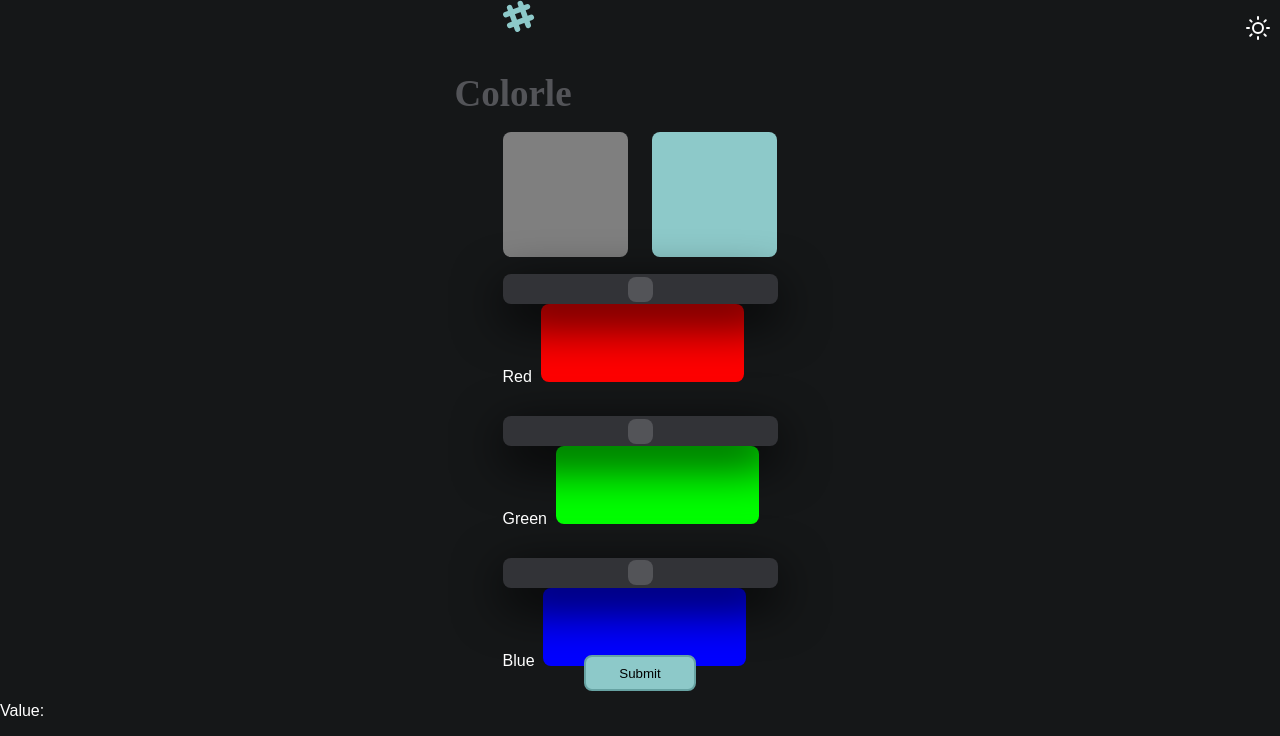
Repository: Artem-Melnik/Colorle
Page: index.html
These files come from the project's save history. The page is drawn as it stood at one moment and after a run of saves; the edit follows.
The browser window is 1280 px wide. The pictures show the whole page.

Above is the page before, as saved 2022-05-14 21:41:54.

### index.html
<!-- TODO: Change text/icon color -->
<!-- TODO: Represent guess correctness using Linear-style icons -->
<!-- TODO: Replace Colorle text logo with SVG/image due to font problems -->
<!-- TODO: Add textboxes where player can enter exact RGB values -->
<!DOCTYPE html>
<html>
  <head>
    <title>Parcel Sandbox</title>
    <link rel="stylesheet" href="styles.css">
    <meta charset="UTF-8" />
    <meta name="viewport" content="width=device-width" />
  </head>

  <script
    src="https://ajax.googleapis.com/ajax/libs/jquery/3.6.0/jquery.min.js"
    type="text/javascript"
  ></script>
  <script
    src="https://ajax.googleapis.com/ajax/libs/jqueryui/1.13.1/jquery-ui.min.js"
    type="text/javascript"
  ></script>
  <!-- Host feather icons locally and remove CDN? -->
  <script src="https://unpkg.com/feather-icons"></script>
  <script>
      feather.replace();
    </script>
  <script type="module" src="index.js" type="text/javascript"></script>

  <body>
    <div id="app"></div>
    <div class="topBar">
      <div id="header">
        <img id="logo" src="assets/logo.svg">
        <p id="title">Colorle</p>
      </div>
      <p>
        <button type="button" id="themeToggle">
          <img src="assets/sun-icon.svg">
          <!-- <i id="themeIcon" data-feather="sun"></i> -->
        </button>
      </p>
    </div>

    <div id="topColors">
      <div id="previewAll"></div>
      <div id="correctColor"></div>
    </div>
    <div id="redContainer">
      <input
        type="range"
        min="0"
        max="255"
        value="128"
        class="slider"
        id="sliderRed"
      />
      <p class="currentColor" id="currentRed">Red</p>
      <p class="rating" id="ratingRed"></p>
      <div id="previewRed"></div>
    </div>
    <div id="greenContainer">
      <input
        type="range"
        min="0"
        max="255"
        value="128"
        class="slider"
        id="sliderGreen"
      />
      <p class="currentColor" id="currentGreen">Green</p>
      <p class="rating" id="ratingGreen"></p>
      <div id="previewGreen"></div>
    </div>
    <div id="blueContainer">
      <input
        type="range"
        min="0"
        max="255"
        value="128"
        class="slider"
        id="sliderBlue"
      />
      <p class="currentColor" id="currentBlue">Blue</p>
      <p class="rating" id="ratingBlue"></p>
      <div id="previewBlue"></div>
    </div>
    <div class="guessText">
      <p>Value: <span id="guessColor"></span></p>
    </div>
    <div class="buttonContainer">
      <button type="button" id="submitButton">Submit</button>
    </div>
  </body>
</html>

### styles.css
body {
  font-family: sans-serif;
  margin: 0;
  background: #151718;
  color: #ffffff;
}

.lightTheme {
  background: #ffffff;
  color: #151718;
}

/* Changes the correctColor gradient to dark/black */
/* .correctColorDark {
  background-image: linear-gradient(
    to bottom,
    rgba(0, 0, 0, 0),
    rgba(0, 0, 0, 1) 100%
  ) !important;
} */

#header {
  display: block;
  position: relative;
  margin-left: auto;
  margin-right: auto;
  margin-bottom: 7%;
  width: 275px;
  height: 42px;
}

#logo {
  display: inline-block;
  position: relative;
  justify-content: center;
  align-items: center;
  margin: auto;
  width: 32px;
  height: 32px;
}

#title {
  justify-content: center;
  font-family: "Asap";
  font-style: normal;
  font-weight: 700;
  font-size: 37px;
  line-height: 42px;
  display: flex;
  align-items: center;
  text-align: center;
  color: #535458;
  /* margin: 0px; */
  width: 21px;
}

#themeToggle {
  width: 25px;
  height: 25px;
  position: absolute;
  right: 15px;
  top: 15px;
  color: grey;
  background: none;
  border: none;
  transform: scale(1);
  transition: all 0.5s;
}

#themeToggle:hover {
  transform: scale(1.2);
}

#themeIcon {
  color: grey;
  width: 25px;
  height: 25px;
  transform: scale(1);
  transition: all 0.5s;
}

#themeIcon.animate {
  color: grey;
  transform: scale(0);
}

.transform-active {
  /* background-color: blue;
  animation-name: darkToLight;
  animation-duration: 1s; */
  color: #151718;
}

.transform {
  -webkit-transition: all 2s ease;
  -moz-transition: all 2s ease;
  -o-transition: all 2s ease;
  -ms-transition: all 2s ease;
  transition: all 2s ease;
}

/* @keyframes darkTolight {
  0% {
    color: #ffffff;
  }
  100% {
    color: #151718;
  }
} */

/* #previewId {
  width: 100px;
  height: 100px;
  background-color: var(color);
  border: solid black;
} */

/* correctColor gradient */
/* #correctColor {
  position: absolute;
  top: 0px;
  width: 100%;
  height: 25%;
  background-color: var(color);
  margin: auto;
  background-image: linear-gradient(
    to bottom,
    rgba(255, 255, 255, 0),
    rgba(255, 255, 255, 1) 100%
  );
  z-index: -1;
} */

#topColors {
  width: 275px;
  margin: auto;
}

#correctColor {
  display: inline-block;
  position: relative;
  width: 125px;
  height: 125px;
  border-radius: 8px;
  margin-left: 10px;
}

#previewAll {
  background-color: rgb(127, 127, 127);
  display: inline-block;
  position: relative;
  width: 125px;
  height: 125px;
  border-radius: 8px;
  order: 1;
  margin-right: 10px;
}

#redContainer,
#greenContainer,
#blueContainer {
  display: auto;
  justify-content: center;
  margin: auto;
  width: 275px;
}

#sliderRed,
#sliderGreen,
#sliderBlue {
  display: block;
  -webkit-appearance: none;
  -moz-appearance: none;
  appearance: none;
  background: #323337;
  width: 275px;
  height: 30px;
  top: 100px;
  border-radius: 8px;
  margin: auto;
  margin-top: 5%;
  filter: drop-shadow(0px 15px 25px #000000);
}

#sliderRed::-webkit-slider-thumb,
#sliderGreen::-webkit-slider-thumb,
#sliderBlue::-webkit-slider-thumb {
  -webkit-appearance: none;
  appearance: none;
  width: 25px;
  height: 25px;
  background: #535458;
  cursor: pointer;
  border-radius: 8px;
}

#currentRed,
#currentGreen,
#currentBlue,
#ratingRed,
#ratingGreen,
#ratingBlue {
  display: inline-block;
  position: relative;
}

#previewRed,
#previewGreen,
#previewBlue {
  display: inline-block;
  position: relative;
  width: 203px;
  height: 78px;
  /* background-color: var(color); */
  /* border: solid black; */
  border-radius: 8px;
  margin: auto;
  z-index: -1;
}

#previewRed {
  background-color: rgb(255, 0, 0);
}

#previewGreen {
  background-color: rgb(0, 255, 0);
}

#previewBlue {
  background-color: rgb(0, 0, 255);
}

.buttonContainer {
  display: flex;
  justify-content: center;
}

#submitButton {
  position: fixed;
  width: 112px;
  height: 36px;
  bottom: 4%;
  border: 2px solid;
  border-radius: 8px;
  transition: all 0.3s ease 0s;
}

#submitButton:hover {
  position: fixed;
  width: 112px;
  height: 36px;
  bottom: 4%;
  border: 2px solid;
  border-radius: 8px;
  filter: drop-shadow(0px 10px 15px #8dc9c980);
  transform: translateY(-5px);
}

#submitButton:active {
  position: fixed;
  width: 112px;
  height: 36px;
  bottom: 4%;
  border: 2px solid;
  border-radius: 8px;
  filter: drop-shadow(0px 10px 15px #8dc9c980);
  transform: translateY(-1px);
}

### index.js
// document.getElementById("sliderRange").innerHTML = `
// <div class="slidercontainer"></div>
// `;
// var root = document.querySelector(":root");
// var slider = document.getElementById("sliderRange");
// // Change "demo" to something else?
// var sliderRange = document.getElementById("demo");
// sliderRange.innerHTML = slider.value;
let correctRed = 141;
let correctGreen = 201;
let correctBlue = 201;

let red;
let green;
let blue;
// TODO: Split correctRGB into 3 seperate colors
let correctRgb =
  "rgb(" + correctRed + ", " + correctGreen + ", " + correctBlue + ")";

function changeColor() {
  red = document.getElementById("sliderRed").value;
  green = document.getElementById("sliderGreen").value;
  blue = document.getElementById("sliderBlue").value;

  document.getElementById("previewRed").style.backgroundColor =
    "rgb(" + red + ", 0, 0)";
  document.getElementById("previewGreen").style.backgroundColor =
    "rgb(0," + green + ", 0)";
  document.getElementById("previewBlue").style.backgroundColor =
    "rgb(0, 0," + blue + ")";

  document.getElementById("currentRed").textContent = red;
  document.getElementById("currentGreen").textContent = green;
  document.getElementById("currentBlue").textContent = blue;
}

// Shows guess color when submit button is clicked
// Also checks how close the guess is to the correct color
function onSubmit() {
  document.getElementById("previewAll").style.backgroundColor =
    "rgb(" + red + ", " + green + ", " + blue + ")";
  document.getElementById("guessColor").textContent =
    "rgb(" + red + ", " + green + ", " + blue + ")";

  // TODO: Optimize code for red, green, and blue checks
  // Check if red guess is correct
if (red == correctRed) {
  document.getElementById('ratingRed').innerText = "SS";
} else if ((red > correctRed - 6) && (red < correctRed + 6)) {
  document.getElementById('ratingRed').innerText = "S";
} else if ((red > correctRed - 12) && (red < correctRed + 12)) {
  document.getElementById('ratingRed').innerText = "A";
} else if ((red > correctRed - 24) && (red < correctRed + 24)) {
  document.getElementById('ratingRed').innerText = "B";
} else if ((red > correctRed - 48) && (red < correctRed + 48)) {
  document.getElementById('ratingRed').innerText = "C";
} else {
  document.getElementById('ratingRed').innerText = "D";
}

  // Does same thing as red check but for green
if (green == correctGreen) {
  document.getElementById('ratingGreen').innerText = "SS";
} else if ((green > correctGreen - 6) && (green < correctGreen + 6)) {
  document.getElementById('ratingGreen').innerText = "S";
} else if ((green > correctGreen - 12) && (green < correctGreen + 12)) {
  document.getElementById('ratingGreen').innerText = "A";
} else if ((green > correctGreen - 24) && (green < correctGreen + 24)) {
  document.getElementById('ratingGreen').innerText = "B";
} else if ((green > correctGreen - 48) && (green < correctGreen + 48)) {
  document.getElementById('ratingGreen').innerText = "C";
} else {
  document.getElementById('ratingGreen').innerText = "D";
}

  // Does same thing as red check but for blue
if (blue == correctBlue) {
  document.getElementById('ratingBlue').innerText = "SS";
} else if ((blue > correctBlue - 6) && (blue < correctBlue + 6)) {
  document.getElementById('ratingBlue').innerText = "S";
} else if ((blue > correctBlue - 12) && (blue < correctBlue + 12)) {
  document.getElementById('ratingBlue').innerText = "A";
} else if ((blue > correctBlue - 24) && (blue < correctBlue + 24)) {
  document.getElementById('ratingBlue').innerText = "B";
} else if ((blue > correctBlue - 48) && (blue < correctBlue + 48)) {
  document.getElementById('ratingBlue').innerText = "C";
} else {
  document.getElementById('ratingBlue').innerText = "D";
}

  // if ("rgb(" + red + "," + green + "," + blue + ")" === "rgb(141,201,201)") {
  //   alert("Correct!");
  // }
}

$("#themeToggle").click(function () {
  $("#themeIcon").toggleClass("animate");
});

function themeSwitch() {
  document.body.classList.toggle("lightTheme");
  document.getElementById("correctColor").classList.toggle("correctColorDark");
}

document.getElementById("correctColor").style.backgroundColor = correctRgb;
document.getElementById("submitButton").style.backgroundColor = correctRgb;
document.getElementById("submitButton").style.borderColor =
  "rgb(" +
  (correctRed - 38) +
  ", " +
  (correctGreen - 38) +
  ", " +
  (correctBlue - 38) +
  ")";

document.getElementById("sliderRed").addEventListener("input", changeColor);
document.getElementById("sliderGreen").addEventListener("input", changeColor);
document.getElementById("sliderBlue").addEventListener("input", changeColor);
document.getElementById("submitButton").addEventListener("click", onSubmit);
document.getElementById("themeToggle").addEventListener("click", themeSwitch);

// Plugs in sliderRange for green in RGB
// Outputs the value of the slider
// slider.oninput = function () {
//   sliderRange.innerHTML = this.value;
//   root.style.setProperty("--green", sliderRange);
//   alert(sliderRange);
// };

After the next 2 saves:
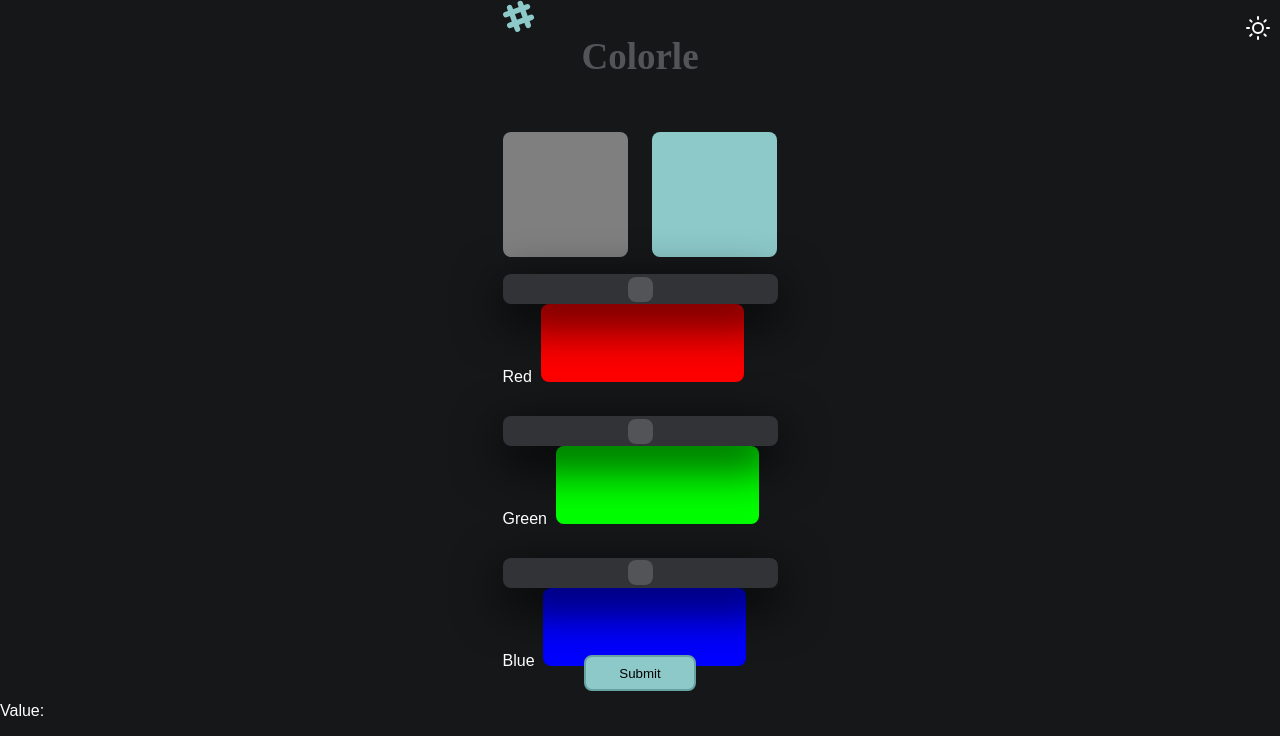
The 2 saves are shown as one change because they came seconds apart.
The last was saved 9 s later.
--- a/styles.css
+++ b/styles.css
@@ -50,8 +50,8 @@
   align-items: center;
   text-align: center;
   color: #535458;
-  /* margin: 0px; */
-  width: 21px;
+  margin: 0px;
+  /* width: 21px; */
 }
 
 #themeToggle {
